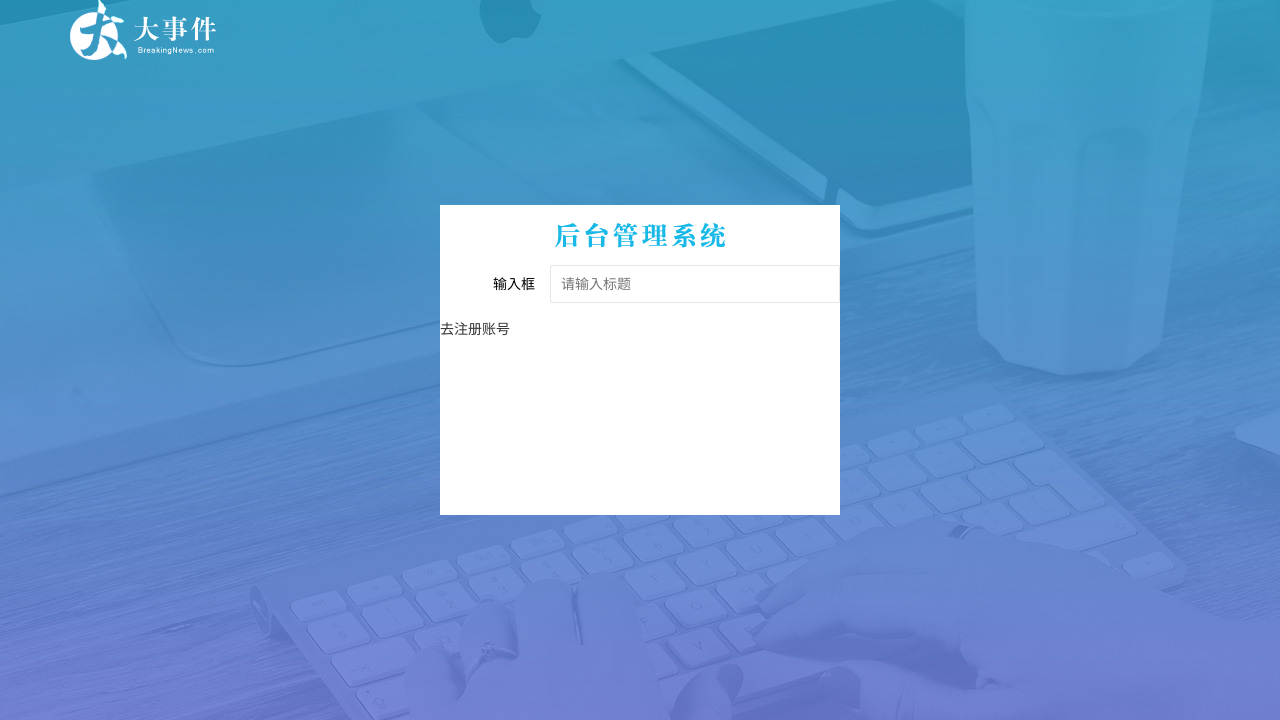
Repository: R1Deemo/Main-project
Page: login.html
These files come from the project's save history. The page is drawn as it stood at one moment and after the next save; the edit follows.
The browser window is 1280 px wide. The pictures show the whole page.

Above is the page before, as saved 2022-10-28 19:57:28.

After the next save:
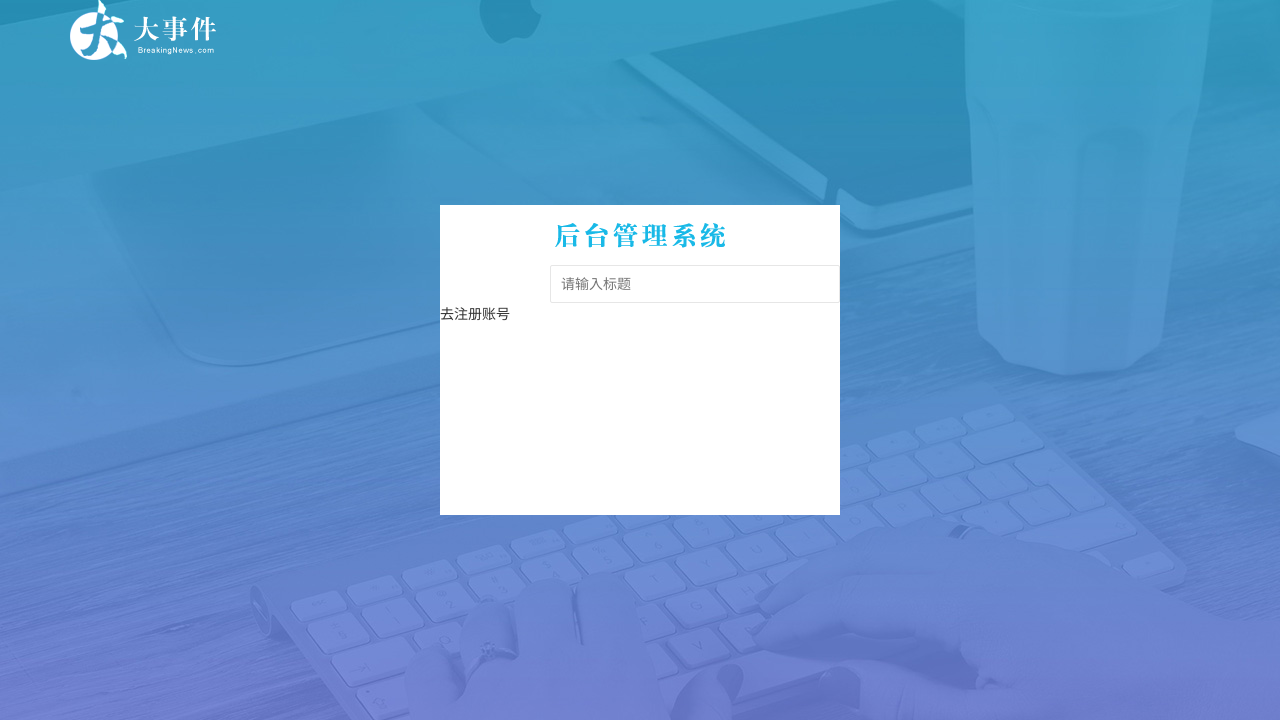
Saved 107 s later.
--- a/login.html
+++ b/login.html
@@ -21,12 +21,11 @@
         <!-- 登录 -->
         <div class="login-box">
             <form class="layui-form" action="">
-                <div class="layui-form-item">
-                    <label class="layui-form-label">输入框</label>
-                    <div class="layui-input-block">
-                        <input type="text" name="title" required lay-verify="required" placeholder="请输入标题" autocomplete="off" class="layui-input">
-                    </div>
+
+                <div class="layui-input-block">
+                    <input type="text" name="title" required lay-verify="required" placeholder="请输入标题" autocomplete="off" class="layui-input">
                 </div>
+
             </form>
             <a href="javascript:;" id="link_reg">去注册账号</a>
         </div>
